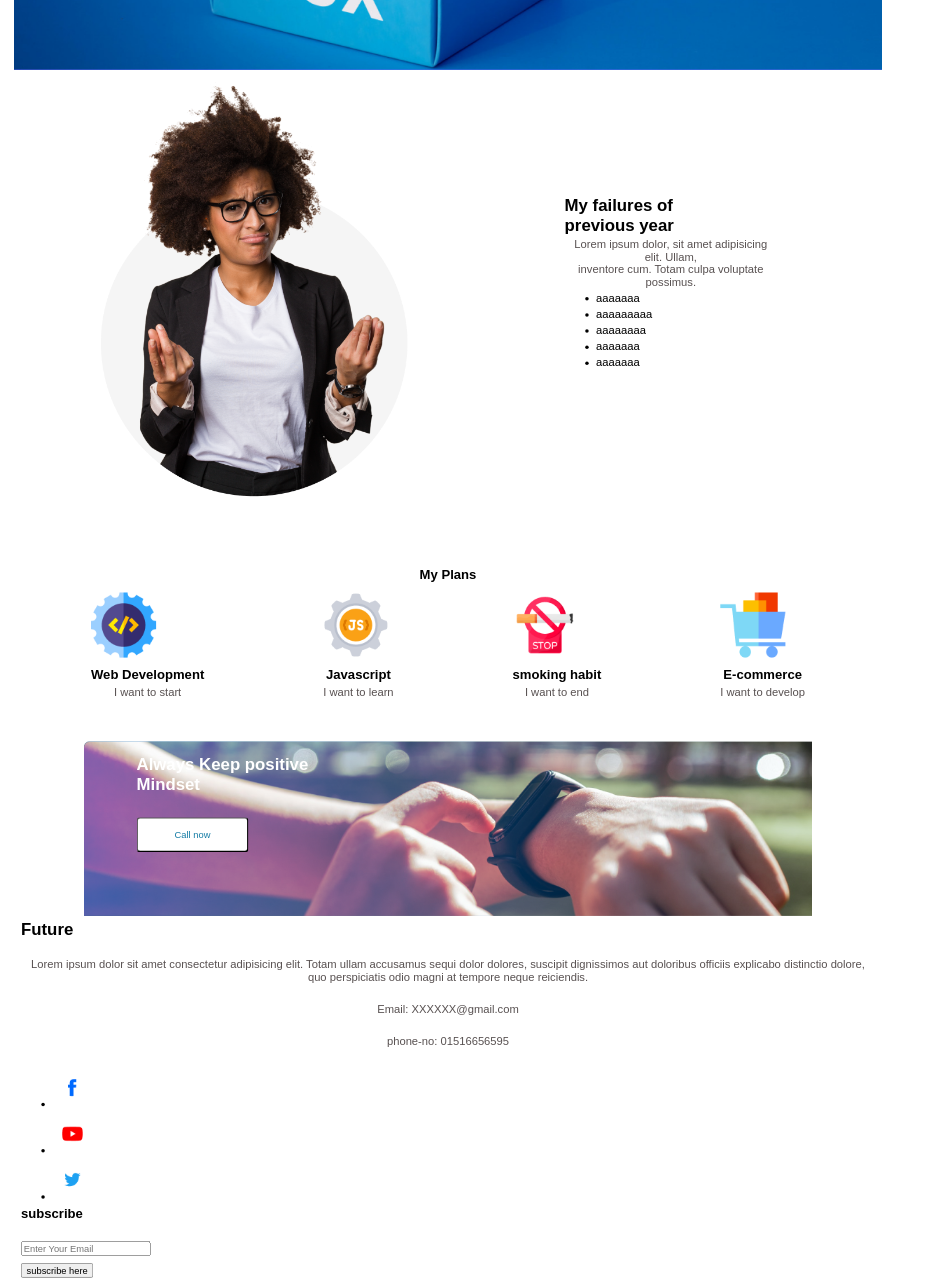
Repository: sadiaafsana138/All-Thinks-Are-Possible-Website
Page: index.html
An editor plug-in stored every save of this project. The page is shown before and after the next save, followed by the edit.
The browser window is 1280 px wide. The page is 1344 px wide, so the pictures cover 1344 px, including what lies to the right of the window. The pictures show the part of the page from y = 719 to 2559 px (the page is 2559 px tall), at 70% of full size.

Above is the page before, as saved 2023-01-08 11:54:59.

### index.html
<!DOCTYPE html>
<html lang="en">

<head>
    <meta charset="UTF-8">
    <meta http-equiv="X-UA-Compatible" content="IE=edge">
    <meta name="viewport" content="width=device-width, initial-scale=1.0">
    <title>First Website</title>
    <link rel="stylesheet" href="styles/web.css">
</head>

<body>
    <!-- header -->
    <header>
        <section class="section1">
            <div>
                <h1 id="head-text1">
                    All Thinks Are<br>Possible If You<br>believe
                </h1>
                <p id="head-text2" >Lorem ipsum dolor sit consectetur adipisicing<br>elit.Veritatis quisquam necessitatibus <br>quod rem vel modi laboriosam doloribus<br>laborum dolorem?
                </p>
                <button id="button1">
                    Contact Us
                </button>
            </div>
        </section>
    </header>
    <main>
        <!--second section-->
        <section class="section2">
            <div id="sec2details">
                <img id="sec2img" src="images/person.png" alt="person">
                <div id="sec2text">
                    <h2>
                        My failures of <br>
                        previous year
                    </h2>
                    <p>
                        Lorem ipsum dolor, sit amet adipisicing
                        elit. Ullam,<br> inventore cum. Totam culpa voluptate possimus.
                    </p>
                    <ul>
                        <li>aaaaaaa</li>
                        <li>aaaaaaaaa</li>
                        <li>aaaaaaaa</li>
                        <li>aaaaaaa</li>
                        <li>aaaaaaa</li>
                    </ul>
                </div>
            </div>
        </section>

        <!--section 3-->
        <section class="section3">
            <h3>
                My Plans
            </h3>
            <div id="sec3details" >

                <div>
                    <img src="images/icons/web.png" alt="" class="center"><br>
                    <H3>Web Development</H3>
                    <p>I want to start</p>
                </div>
                <div>
                    <img src="images/icons/js.png" alt="" class="center"><br>
                    <H3>Javascript</H3>
                    <p>I want to learn</p>
                </div>
                <div>
                    <img src="images/icons/smoke.png" alt="" class="center"><br>
                    <H3>smoking habit</H3>
                    <p>I want to end</p>
                </div>
                <div>
                    <img src="images/icons/ecom.png" alt="" class="center"><br>
                    <H3>E-commerce</H3>
                    <p>I want to develop</p>
                </div>
            </div>
            <div id="mindset">

                <div id="mindsetxt">
                    <h1 >Always Keep positive
                        <br>Mindset</h1><br>
                    <button id="button2">Call now</button>
                </div>
            </div>
        </section>

    </main>
    <footer>
        <Section>
            <div>
                <h2>Future</h2><br>
                <p>Lorem ipsum dolor sit amet consectetur adipisicing elit. Totam ullam accusamus sequi dolor dolores,
                    suscipit dignissimos aut doloribus officiis explicabo distinctio dolore, quo perspiciatis odio magni
                    at tempore neque reiciendis.
                </p><br>
                <p>Email: XXXXXX@gmail.com</p><br>
                <P>phone-no: 01516656595</P><br>
                <ul>
                    <li><img src="images/icons/fb.png" alt=""></li>
                    <li><img src="images/icons/youtube.png" alt=""></li>
                    <li><img src="images/icons/twitter.png" alt=""></li>
                </ul>
            </div>
            <div>
                <h3>subscribe</h3><br>
                <input type="email" placeholder="Enter Your Email"><br>
                <button>subscribe here</button>
            </div>
        </Section>
    </footer>
</body>

</html>

### styles/web.css
*{
margin: 5px 5px ;
font-family: Arial, Helvetica, sans-serif;
}
.section1{
    background-image:url(../images/banner/banner3.png);
    height: 808px;
    width:cover;
    background-repeat: no-repeat;
    background-color: blue;

}
#head-text1{
    color: white;
    padding-left: 50% ;
    padding-right:5%;
    padding-top: 20%;
    text-align: right;
    Font-style: Bold;
}
#head-text2{
    color: white;
    padding-left: 50% ;
    padding-right:5%;
    text-align: right;
}
#button1{
    margin-top: 10px;
    width: 160px;
    height: 56px;
    left: 640px;
    top: 438px;
    text-align: center;
    align-items: right;
    background: white;
    border-radius: 5px;
    margin-right: 150px;
    margin-left: 82%;
    align-content: right;
}
#sec2details{
    display: flex;
    width: 1000px;
    height: 700px;
    margin-left: 100px;
    margin-right: 100px;
}
#sec2img{
    align-items: center;

    margin-bottom:20%;
    height: 600px;
    width: 500px;
}
#sec2text{
        text-align: justify;
        margin-left: 20%;
        margin-top: 17%;
        margin-bottom: 20%;
}
.section3 h3,p{
   text-align: center;
}
p{
    color:rgb(88, 81, 81)
}
#sec3details{
    display: flex;
    justify-content: space-between;
    margin-left: 100px;
    margin-right: 100px;
}
#mindset{
    margin-left: 100px;
    margin-right: 100px;
    background-image: url(../images/gradient1.png) ,url(../images/watch.png);
    background-repeat: no-repeat, repeat;
    background-blend-mode:lighten;
    height: 250px;
}
#mindsetxt h1{
    text-align: left;
    margin-left: 70px;
    margin-top: 50px;
    padding-top: 20px;
    color: white;
}
#button2{
    margin-top: 10px;
    width: 160px;
    height: 50px;
    text-align: center;
    align-items: left;
    background: white;
    border-radius: 5px;
    margin-left: 70px;
    align-content:left;
    color: rgb(20, 124, 165);

}

After the next save:
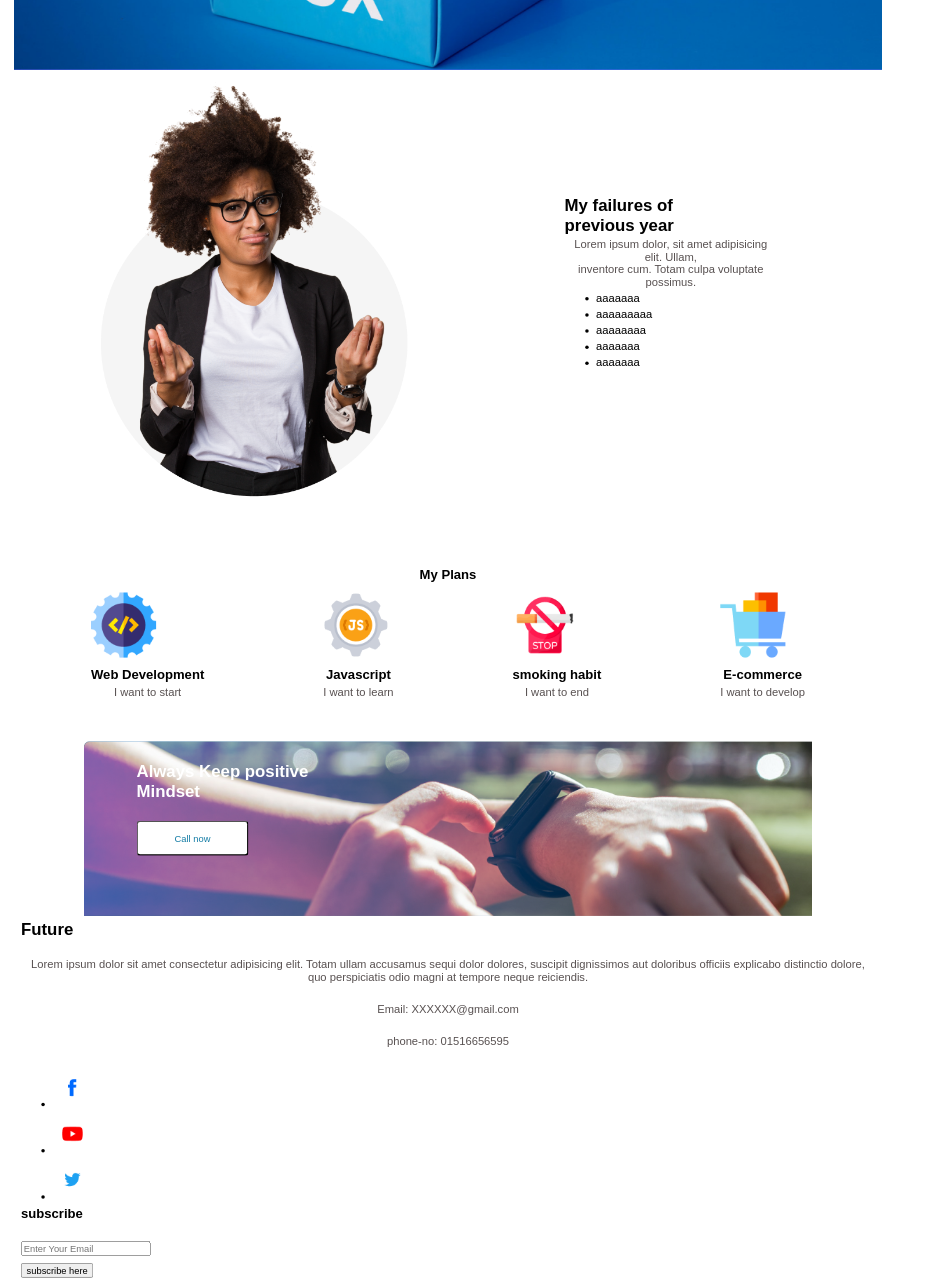
Saved 55 s later.
--- a/styles/web.css
+++ b/styles/web.css
@@ -82,11 +82,11 @@ p{
     text-align: left;
     margin-left: 70px;
     margin-top: 50px;
-    padding-top: 20px;
+    padding-top: 30px;
     color: white;
 }
 #button2{
-    margin-top: 10px;
+    margin-top: 5px;
     width: 160px;
     height: 50px;
     text-align: center;
